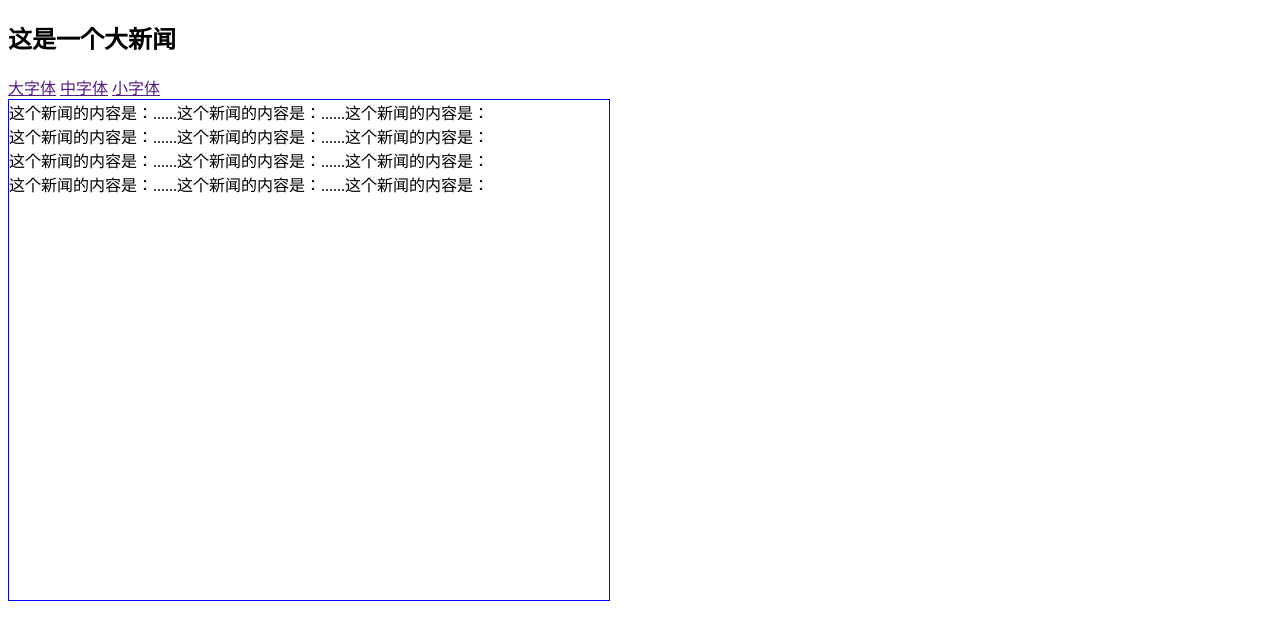
Repository: tangchengjingwen/javaLearningCode
Page: javaLearningCode/day31_html/demo_news.html
The author's editor kept a copy of each file at every save. The page is drawn from the files as they stood at one save, then again after a run of saves.
The browser window is 1280 px wide. The pictures show the whole page.

Above is the page before, as saved 2012-05-15 07:02:03.

After the next 2 saves:
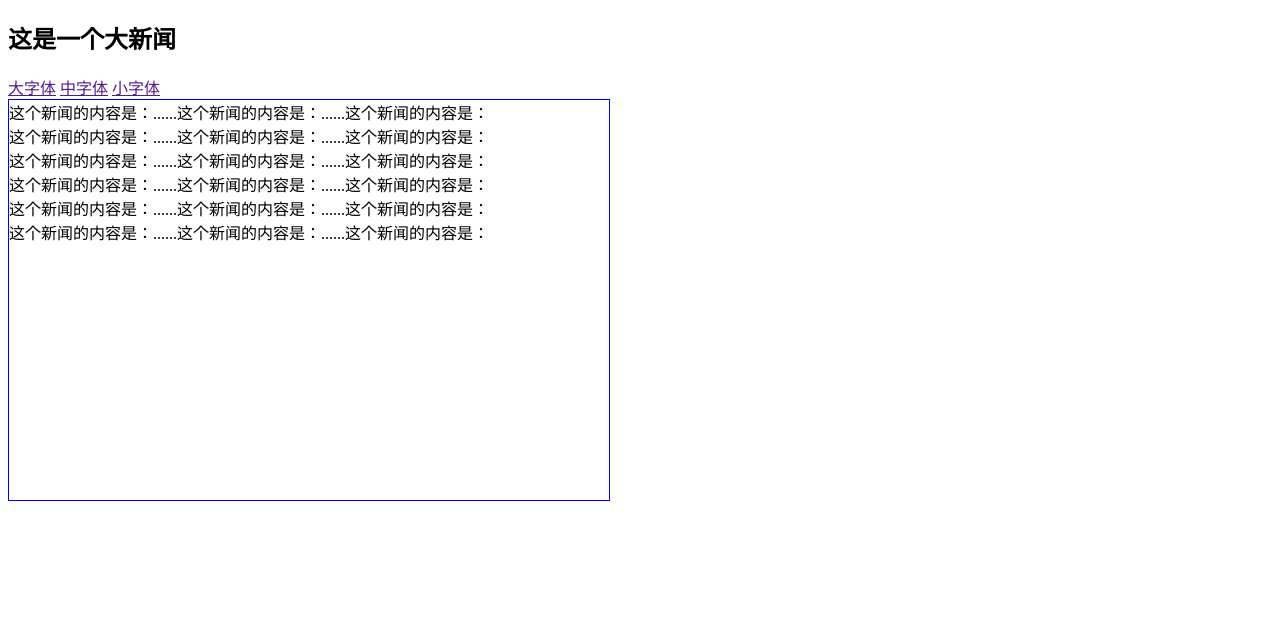
The 2 saves are shown as one change because they came seconds apart.
The last was saved 11 s later.
--- a/javaLearningCode/day31_html/demo_news.html
+++ b/javaLearningCode/day31_html/demo_news.html
@@ -5,7 +5,7 @@
 		<title>Untitled Document</title>
 		<style type="text/css">
 
-			#newstext{border:#0000ff 1px solid;width:600px;height:500px}
+			#newstext{border:#0000ff 1px solid;width:600px;height:400px}
 		</style>
 	</head>
 	<body>
@@ -25,6 +25,8 @@
 		这个新闻的内容是：......这个新闻的内容是：......这个新闻的内容是：<br/>
 		这个新闻的内容是：......这个新闻的内容是：......这个新闻的内容是：<br/>
 		这个新闻的内容是：......这个新闻的内容是：......这个新闻的内容是：<br/>
+		这个新闻的内容是：......这个新闻的内容是：......这个新闻的内容是：<br/>
+		这个新闻的内容是：......这个新闻的内容是：......这个新闻的内容是：<br/>
 		</div>
 		</div>
 	</body>
